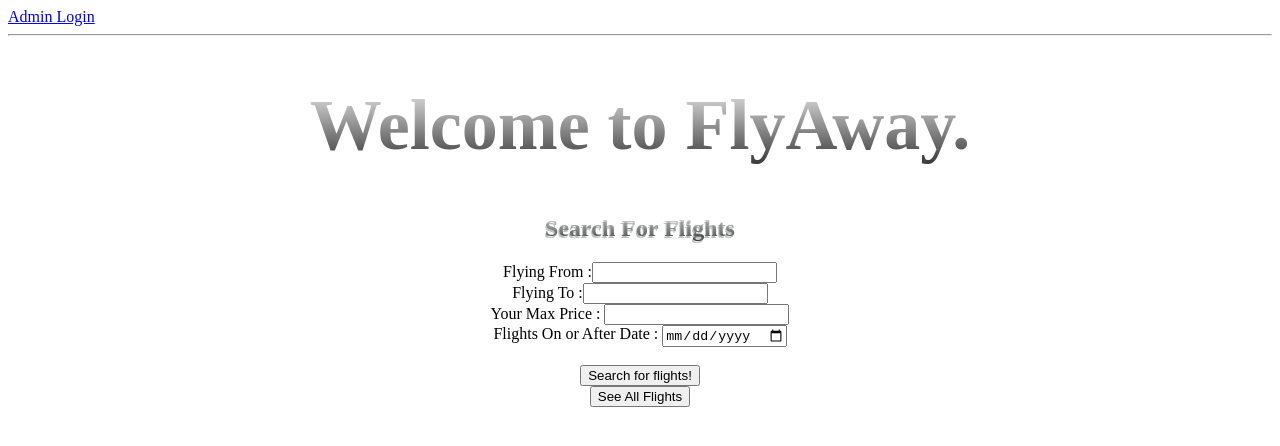
Repository: tuskhillare/FlyAway-1.0-
Page: http://localhost/FlyAway/
These files come from the project's save history. The page is drawn as it stood at one moment and after the next save; the edit follows.
The browser window is 1280 px wide. The pictures show the whole page.
The page is served by Tomcat 9.

Above is the page before, as saved 2021-10-01 15:21:56.

After the next save:
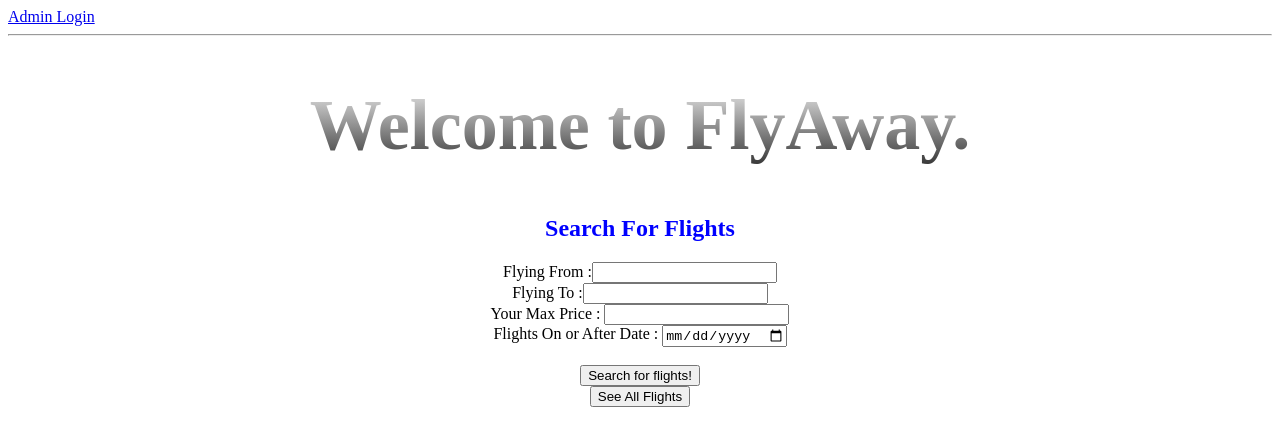
Saved 64 s later.
--- a/Source Code/FlyAway/src/main/webapp/index.jsp
+++ b/Source Code/FlyAway/src/main/webapp/index.jsp
@@ -9,10 +9,7 @@ h1 {
   -webkit-text-fill-color: transparent;
 }
 h2 {
-text-shadow: -1px 2px rgba(128, 128, 128, 0.5);
-background: -webkit-linear-gradient(whitesmoke, #1e2425);
-background-clip: text;
--webkit-text-fill-color: transparent;
+color:blue;
 }
 </style>
 <meta charset="UTF-8">
